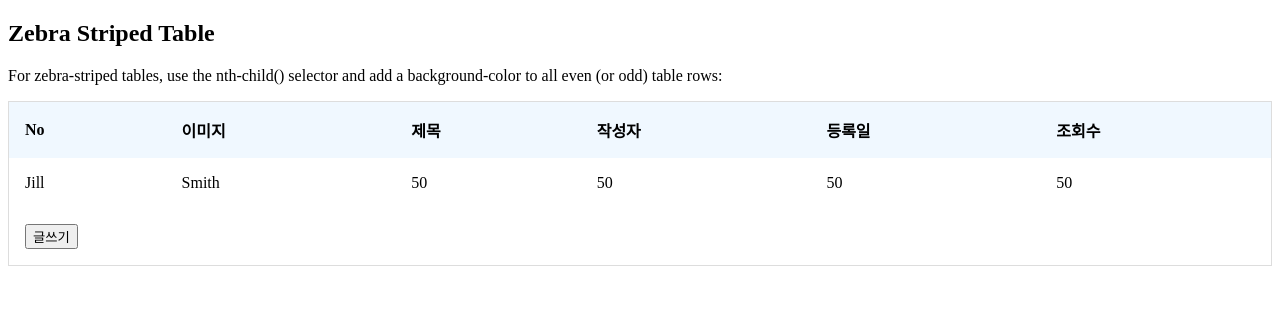
Repository: darae729/Project_shop
Page: http://localhost/SpringApp/WEB-INF/views/gallery/list.jsp
These files come from the project's save history. The page is drawn as it stood at one moment and after the next save; the edit follows.
The browser window is 1280 px wide. The pictures show the whole page.
The page is served by Tomcat 9. Nobody is signed in. The template is opened directly, without the code that normally fills it, so the values that code supplies are empty.

Above is the page before, as saved 2023-09-06 05:13:06.

After the next save:
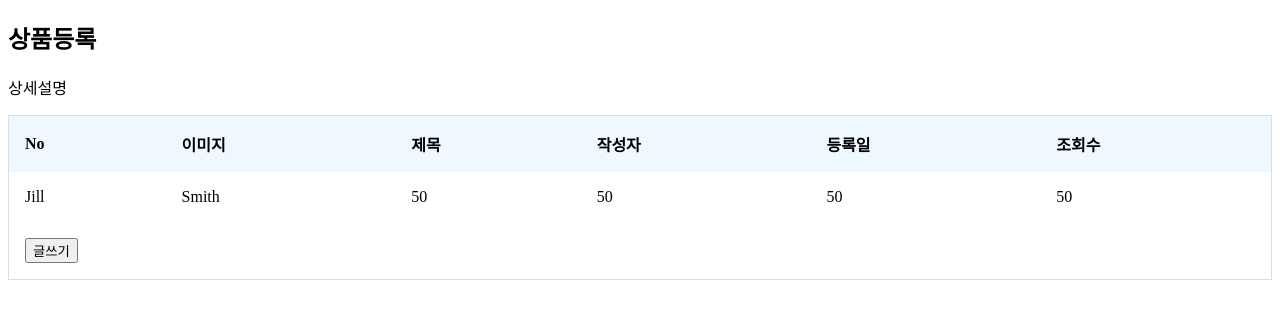
Saved 41 s later.
--- a/SpringApp/src/main/webapp/WEB-INF/views/gallery/list.jsp
+++ b/SpringApp/src/main/webapp/WEB-INF/views/gallery/list.jsp
@@ -36,9 +36,8 @@ $(function() {
 </head>
 <body>
 
-	<h2>Zebra Striped Table</h2>
-	<p>For zebra-striped tables, use the nth-child() selector and add a
-		background-color to all even (or odd) table rows:</p>
+	<h2>상품등록</h2>
+	<p>상세설명</p>
 
 	<table>
 		<tr id="first">
